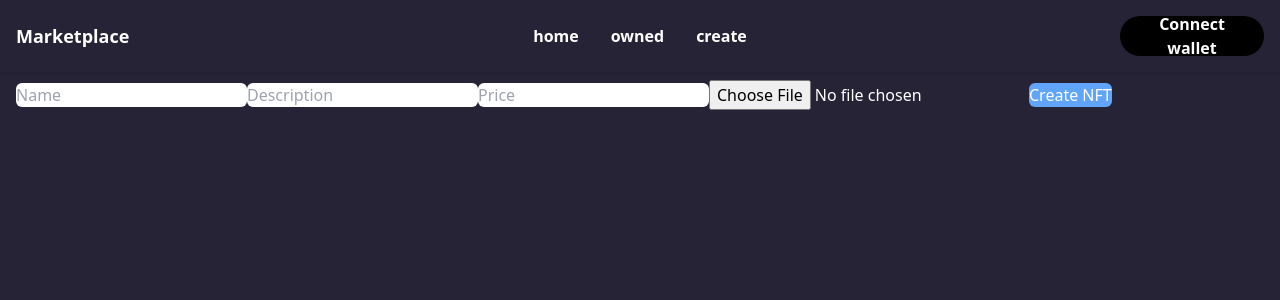
Repository: Kiendz3202/marketplace-frontend-nuxtjs
Page: /create
These files come from the project's save history. The page is drawn as it stood at one moment and after the next save; the edit follows.
The browser window is 1280 px wide. The pictures show the whole page.
The project was rebuilt for these pictures with package versions that can differ from the ones it lists, and the page was loaded fresh each time. The framework's server and built-in components were replaced by stand-ins that run in the browser. Also part of the build but not shown: nuxt.config.js, components/connectWallet/AddressAvatar.vue.

Above is the page before, as saved 2022-11-08 14:27:44.

### assets/css/main.css
body {
  background-color: rgb(38, 35, 54);
  color: #fff;
}

/* * {
	margin: 0;
	padding: 0;
	box-sizing: border-box;
	font-family: 'Fira sans', sans-serif;
}

body {
	background-color: rgb(38, 35, 54);
	color: #FFF;
}

main {
	width: 100%;
	height: 100vh;
	display: flex;
	flex-direction: column;
	align-items: center;
	padding-top: 2rem;
}

main h1 {
	font-size: 2.5rem;
	text-transform: capitalize;
	margin-bottom: 0.5rem;
}

main h1 ~ p {
	margin-bottom: 2rem;
}

main .create-new {
	display: flex;
	justify-content: center;
	align-items: center;
	max-width: 480px;
}

main .create-new input {
	appearance: none;
	border: none;
	outline: none;
	border-bottom: 1px solid #FFF;
	background-color: transparent;
	color: #FFF;
	font-size: 1.5rem;
	padding-top: 0.5rem;
	padding-bottom: 0.5rem;
	margin: 0;
	transition: 0.4s;
}

main .create-new input:focus {
	border-bottom-color: rgb(47, 214, 111);
}

main .create-new button {
	appearance: none;
	border: none;
	outline: none;
	background-color: rgb(47, 214, 111);
	text-transform: uppercase;
	font-weight: bold;
	color: #000;
	font-size: 1.5rem;
	padding: 0.5rem 1rem;
	border-radius: 0.5rem;
	margin-left: 0.5rem;
	cursor: pointer;
}

main .tasks {
	width: 100%;
	max-width: 480px;
	margin-top: 2rem;
}

main .tasks .task {
	display: flex;
	align-items: center;
	justify-content: space-between;
	background-color: rgb(52, 47, 78);
	padding: 1rem;
	border-radius: 0.5rem;
	margin-bottom: 1rem;
}

main .tasks .task .buttons {
	min-width: fit-content;
}

main .tasks .task button {
	appearance: none;
	border: none;
	outline: none;
	background-color: rgb(47, 214, 111);
	text-transform: uppercase;
	font-weight: bold;
	color: #000;
	font-size: 0.875rem;
	padding: 0.5rem 1rem;
	border-radius: 0.5rem;
	margin-left: 0.5rem;
	cursor: pointer;
}

main .tasks .task button.delete {
	background-color: crimson;
	color: #EEE;
}

.tasks .task.is-complete {
	opacity: 0.7;
}

.tasks .task.is-complete .content {
	text-decoration: line-through;
} */

### layouts/default.vue
<template>
  <div>
    <div class="relative flex h-full w-full flex-col pt-20">
      <TopBar />
      <div class="flex h-full w-full overflow-y-auto overflow-x-hidden px-4">
        <!-- <slot /> -->
        <Nuxt />
      </div>
    </div>
  </div>
</template>

<script>
import TopBar from "~/components/topBar/TopBar.vue";
export default {
  name: "default",
  components: {
    TopBar,
  },
};
</script>

<style></style>

### store/index.js
export const state = () => ({
  address: sessionStorage.getItem("user"),
  number: "2",
});
export const mutations = {
  setAccount(state, address) {
    state.address = address;
  },
};

export const actions = {
  changeAccount({ state, commit }, address) {
    commit("setAccount", address);
  },
};

### pages/create/index.vue
<template>
  <form @submit="addProduct">
    <input v-model="name" placeholder="Name" class="rounded-md" />
    <input v-model="description" placeholder="Description" class="rounded-md" />
    <input v-model="price" placeholder="Price" class="rounded-md" />
    <input type="file" @change="previewFiles" />
    <button class="ml-2 bg-blue-400 rounded-md text-white" type="submit">
      Create NFT
    </button>
  </form>
</template>

<script>
// import { NFTStorage } from 'nft.storage';
// const apiKey =
// 	'eyJhbGciOiJIUzI1NiIsInR5cCI6IkpXVCJ9.eyJzdWIiOiJkaWQ6ZXRocjoweGE0RGQzMUIxN0Y5NzRGQmJmMTFCZEM4MDJlYTNmMGFEQTE3NGZhMkYiLCJpc3MiOiJuZnQtc3RvcmFnZSIsImlhdCI6MTY2NzcyODk0MjM3OCwibmFtZSI6IktpZW4ifQ.bmDOvDs9xaAMMHcC7JEfIaLzQbr6aEZmcfu2PrCvFQk';
// const client = new NFTStorage({ token: apiKey });
// import { ethers } from "ethers";
// import UploadClient from '@uploadcare/upload-client';
// const client = new UploadClient({ publicKey: '068e75bf4a72917a9588' });
export default {
  data() {
    return {
      name: "",
      description: "",
      price: "",
      file: "",
    };
  },
  props: ["marketplace", "nft"],
  methods: {
    previewFiles(event) {
      // console.log(event.target.files[0]);
      this.file = event.target.files[0];
    },
    async mintThenList(result) {
      console.log(result);
      // const uri = `https://cloudflare-ipfs.com/ipfs/${result.ipnft}/metadata.json`;
      // console.log(uri);
      // mint nft
      // console.log(uri);
      // await (await props.nft.mint(uri)).wait();
      // console.log('completely create minting!');
      // // get tokenId of new nft
      // const id = await props.nft.tokenCount();
      // // approve marketplace to spend nft
      // await (
      // 	await props.nft.setApprovalForAll(
      // 		props.marketplace.address,
      // 		true
      // 	)
      // ).wait();
      // // add nft to marketplace
      // const listingPrice = ethers.utils.parseEther(price.toString());
      // await (
      // 	await props.marketplace.makeItem(
      // 		props.nft.address,
      // 		id,
      // 		listingPrice
      // 	)
      // ).wait();
      // console.log('complete listing');
    },
    async addProduct(e) {
      e.preventDefault(); // Prevent page from reloading.
      try {
        // const metadata = await client.store({
        // 	name: this.name,
        // 	description: this.description,
        // 	price: this.price,
        // 	image: this.file,
        // });
        const data = new FormData();
        data.append("file", this.file);
        data.append("upload_preset", "ml_default");
        const res = await fetch(
          "https://api.cloudinary.com/v1_1/dhshj8hi5/image/upload",
          {
            method: "POST",
            body: data,
          }
        );

        const file = await res.json();
        console.log(file.secure_url);
      } catch (error) {
        console.log(error);
      }
    },
  },
};
</script>

<style></style>

### components/topBar/TopBar.vue
<template>
  <div class="fixed top-0 w-full">
    <div class="relative flex w-full items-center px-4 py-4 shadow">
      <nuxt-link to="/">
        <span class="text-lg font-bold">Marketplace</span>
      </nuxt-link>
      <div class="flex-grow">
        <NavBar />
      </div>
      <ConnectButton v-if="isMetamaskSupport" />
      <span v-else>Please install metamask</span>
    </div>
  </div>
</template>

<script>
import NavBar from "./NavBar.vue";
// import ConnectButton from "../connectWallet/ConnectButton.vue";
import ConnectButton from "../connectWallet/ConnectButton.vue";
export default {
  name: "TopBar",
  components: {
    NavBar,
    ConnectButton,
  },
  data() {
    return {
      isMetamaskSupport: false,
    };
  },
  mounted() {
    this.isMetamaskSupport = window.ethereum !== "undefined";
  },
};
</script>

<style></style>

### components/topBar/NavBar.vue
<template>
  <nav
    class="absolute bottom-1/2 right-1/2 flex translate-y-1/2 translate-x-1/2 transform justify-center"
  >
    <NavBarItem namePage="home" />
    <NavBarItem namePage="owned" />
    <NavBarItem namePage="create" />
  </nav>
</template>

<script>
import NavBarItem from "~/components/topBar/NavBarItem.vue";

export default {
  name: "NavBar",
  components: {
    NavBarItem,
  },
};
</script>

<style></style>

### components/connectWallet/ConnectButton.vue
<template>
  <button
    v-if="!address"
    class="flex h-10 w-36 items-center justify-center rounded-full bg-black px-4 font-semibold text-white"
    @click="connectWallet"
    :disabled="loading"
  >
    {{ loading ? "busy..." : "Connect wallet" }}
  </button>
  <AddressAvatar v-else :address="address" />
</template>

<script>
// import { mapState } from 'vuex';
import AddressAvatar from "./AddressAvatar.vue";
export default {
  name: "ConnectButton",
  components: {
    AddressAvatar,
  },
  computed: {
    address() {
      return this.$store.state.address;
    },
  },
  data() {
    return {
      loading: false,
      // address: "",
      // address: sessionStorage.getItem('user'),
    };
  },
  methods: {
    async connectWallet() {
      const accounts = await window.ethereum.request({
        method: "eth_requestAccounts",
      });
      sessionStorage.setItem("user", accounts[0]);
      this.$store.dispatch("changeAccount", sessionStorage.getItem("user"));
    },
    async changeAccount() {
      const accounts = await window.ethereum.request({
        method: "eth_requestAccounts",
      });
      if (accounts[0]) {
        console.log(this.$store.state.address);
        sessionStorage.setItem("user", accounts[0]);
        this.$store.dispatch("changeAccount", sessionStorage.getItem("user"));
        console.log(this.$store.state.address);
        //đã update address mới khi thay đổi account nhưng UI ko thay đổi?
      } else {
        // sessionStorage.removeItem('user');
        // this.$store.commit('setAccount', '');
      }
      // location.reload();
      // console.log(accounts[0]);
    },
  },
  mounted() {
    //bắt event khi thay đổi account trên metamask
    window.ethereum.on("accountsChanged", this.changeAccount);
    // window.ethereum.on('disconnect', async function () {
    // const accounts = await window.ethereum.request({
    // 	method: 'eth_requestAccounts',
    // });
    // if (accounts[0]) {
    // 	localStorage.setItem('user', accounts[0]);
    // } else {
    // 	localStorage.removeItem('user');
    // }
    // localStorage.removeItem('user');
    // location.reload();
    // console.log('disconnect');
    // this.address = accounts[0];
    // console.log(accountss[0]);
    // });
  },
};
</script>

<style></style>

### components/topBar/NavBarItem.vue
<template>
  <nuxt-link :to="'/' + namePage"
    ><span class="px-4 py-2 font-semibold cursor-pointer">{{
      namePage
    }}</span></nuxt-link
  >
</template>

<script>
export default {
  name: "NavBarItem",
  props: ["namePage"],
};
</script>

<style></style>

Loaded but not shown: tailwind.config.js (common file)

After the next save:
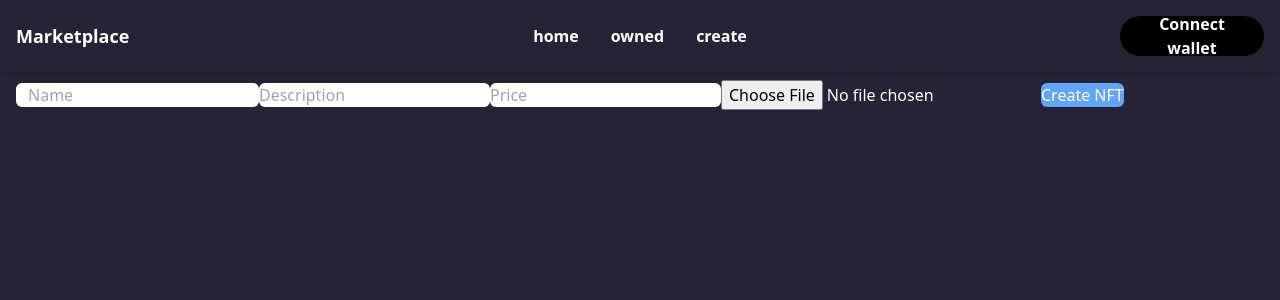
Saved 17 s later.
--- a/pages/create/index.vue
+++ b/pages/create/index.vue
@@ -1,6 +1,6 @@
 <template>
   <form @submit="addProduct">
-    <input v-model="name" placeholder="Name" class="rounded-md" />
+    <input v-model="name" placeholder="Name" class="rounded-md pl-3" />
     <input v-model="description" placeholder="Description" class="rounded-md" />
     <input v-model="price" placeholder="Price" class="rounded-md" />
     <input type="file" @change="previewFiles" />
